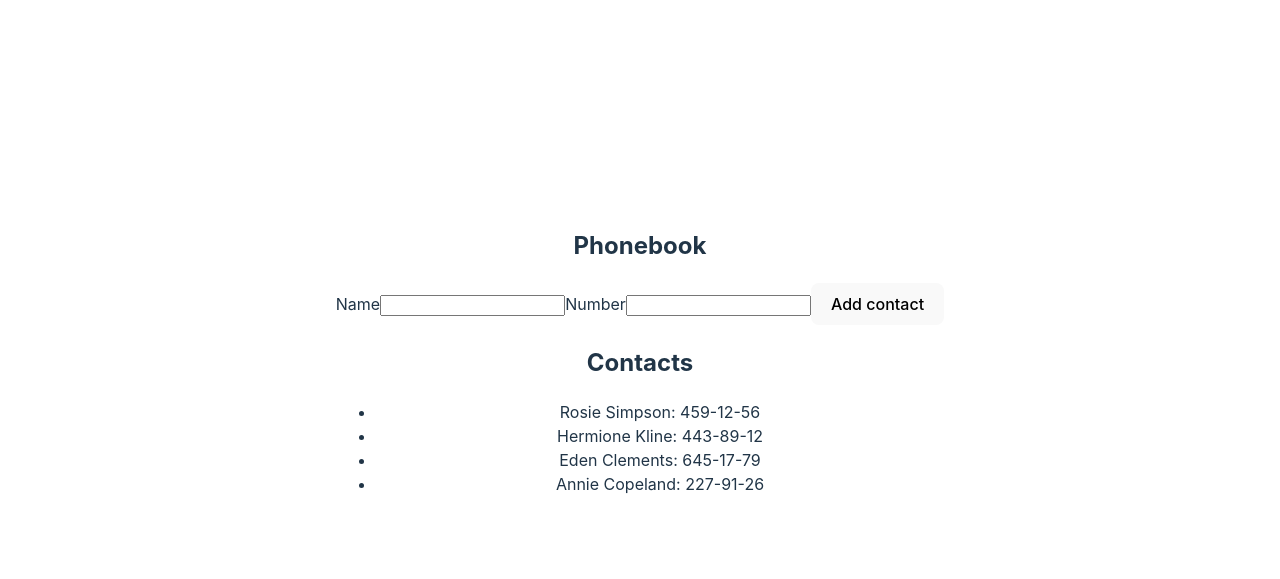
Repository: MagdalenaTyminska/React-Project-2
Page: /
These files come from the project's save history. The page is drawn as it stood at one moment and after a run of saves; the edit follows.
The browser window is 1280 px wide. The pictures show the whole page.
The project was rebuilt for these pictures with package versions that can differ from the ones it lists, and the page was loaded fresh each time. Also part of the build but not shown: vite.config.ts.

Above is the page before, as saved 2024-11-06 22:24:50.

After the next 2 saves:
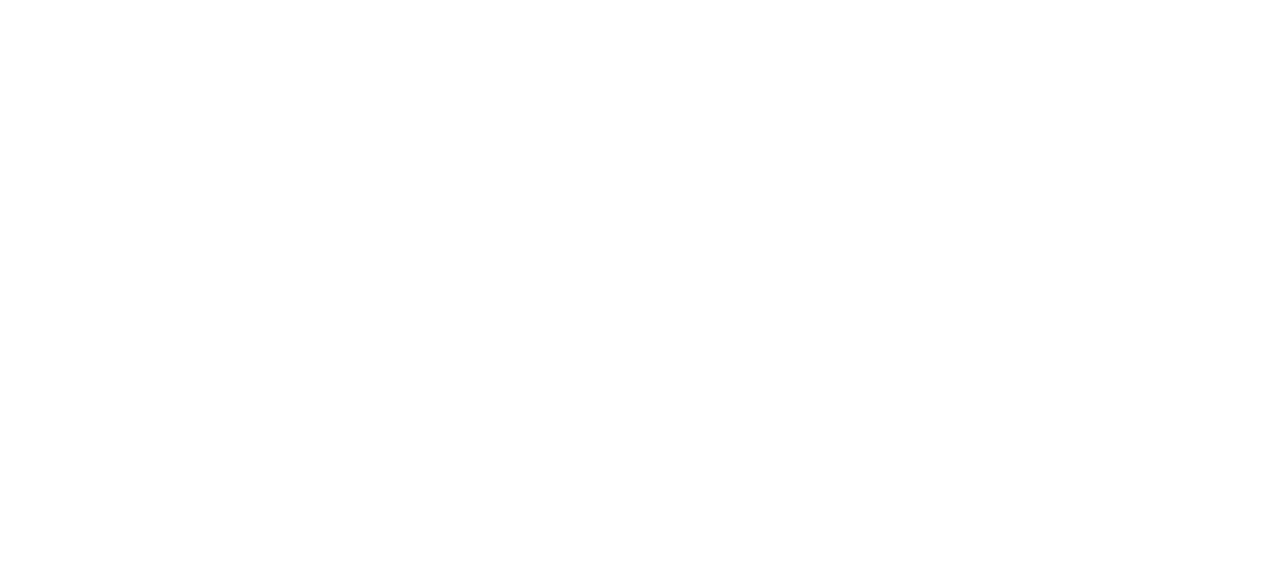
Console error: TypeError: Cannot read properties of undefined (reading 'map')
The 2 saves are shown as one change because they came seconds apart.
The last was saved 6 s later.
--- a/src/App.tsx
+++ b/src/App.tsx
@@ -2,6 +2,7 @@
 import { Component } from 'react';
 import { Section } from './Section/Section';
 import { Form } from './Form/Form';
+import { ContactList } from './ContactList/ContactList';
 
 class App extends Component {
 	render() {
@@ -10,6 +11,9 @@
 				<Section title='Phonebook'>
 					<Form />
 				</Section>
+				<Section title='Contacts'>
+					<ContactList />
+				</Section>
 			</div>
 		);
 	}

After the 3 saves that followed:
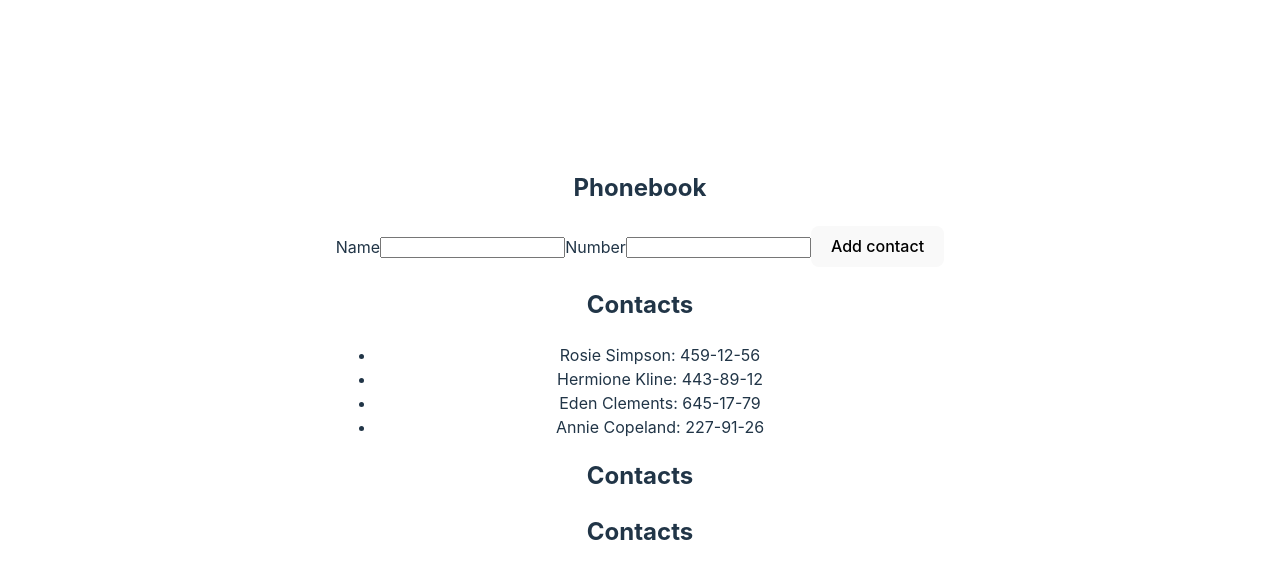
The error is gone.
The 3 saves are shown as one change because 2 left the picture as it was.
The last was saved 4 min 25 s later.
--- a/src/App.tsx
+++ b/src/App.tsx
@@ -12,7 +12,7 @@
 					<Form />
 				</Section>
 				<Section title='Contacts'>
-					<ContactList />
+					<ContactList contacts={[]} />
 				</Section>
 			</div>
 		);
--- a/src/Form/Form.tsx
+++ b/src/Form/Form.tsx
@@ -2,6 +2,7 @@
 import { Input } from './Input/Input';
 import { nanoid } from 'nanoid';
 import users from '../users.json';
+import { ContactList } from '../ContactList/ContactList'; // Import ContactList
 
 interface Contact {
 	id: string;
@@ -52,7 +53,7 @@
 	};
 
 	render() {
-		const { name, number } = this.state;
+		const { name, number, contacts } = this.state;
 
 		return (
 			<>
@@ -80,14 +81,8 @@
 					<button type='submit'>Add contact</button>
 				</form>
 
-				<h2>Contacts</h2>
-				<ul>
-					{this.state.contacts.map((contact) => (
-						<li key={contact.id}>
-							{contact.name}: {contact.number}
-						</li>
-					))}
-				</ul>
+				{/* Przekazanie danych kontaktów do komponentu ContactList */}
+				<ContactList contacts={contacts} />
 			</>
 		);
 	}
--- a/src/ContactList/ContactList.tsx
+++ b/src/ContactList/ContactList.tsx
@@ -6,9 +6,9 @@
 	number: string;
 }
 
-interface ContactListProps {
+type ContactListProps = {
 	contacts: Contact[];
-}
+};
 
 export class ContactList extends Component<ContactListProps> {
 	render() {
